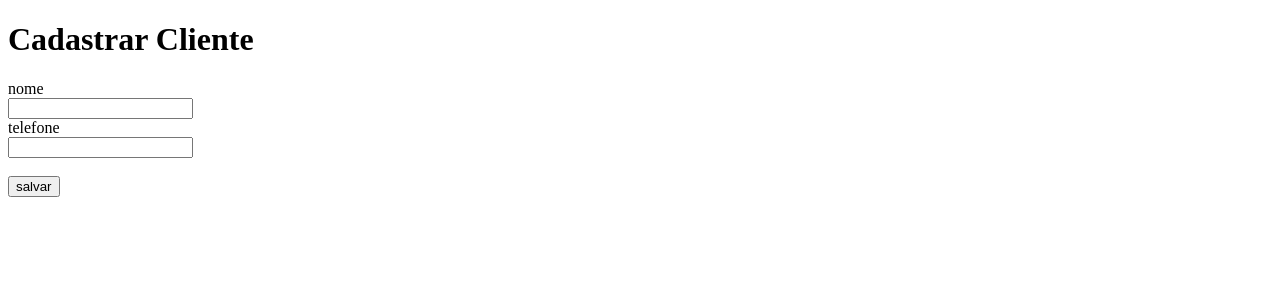
Repository: felipepalma14/Divus
Page: academiaweb/WebContent/cadastrarcliente.html
These files come from the project's save history. The page is drawn as it stood at one moment and after the next save; the edit follows.
The browser window is 1280 px wide. The pictures show the whole page.

Above is the page before, as saved 2015-08-01 15:30:21.

After the next save:
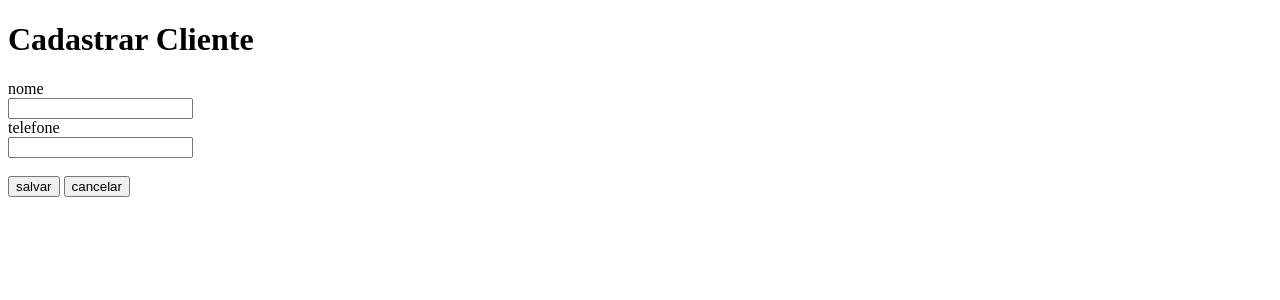
Saved 112 s later.
--- a/academiaweb/WebContent/cadastrarcliente.html
+++ b/academiaweb/WebContent/cadastrarcliente.html
@@ -14,6 +14,7 @@
 		<label>telefone</label><br>
 		<input type="text" name = "telefone"><br/><br/>
 		<input type="submit" value="salvar">
+		<input type="button" value="cancelar">
 	</form>
 
 </body>
